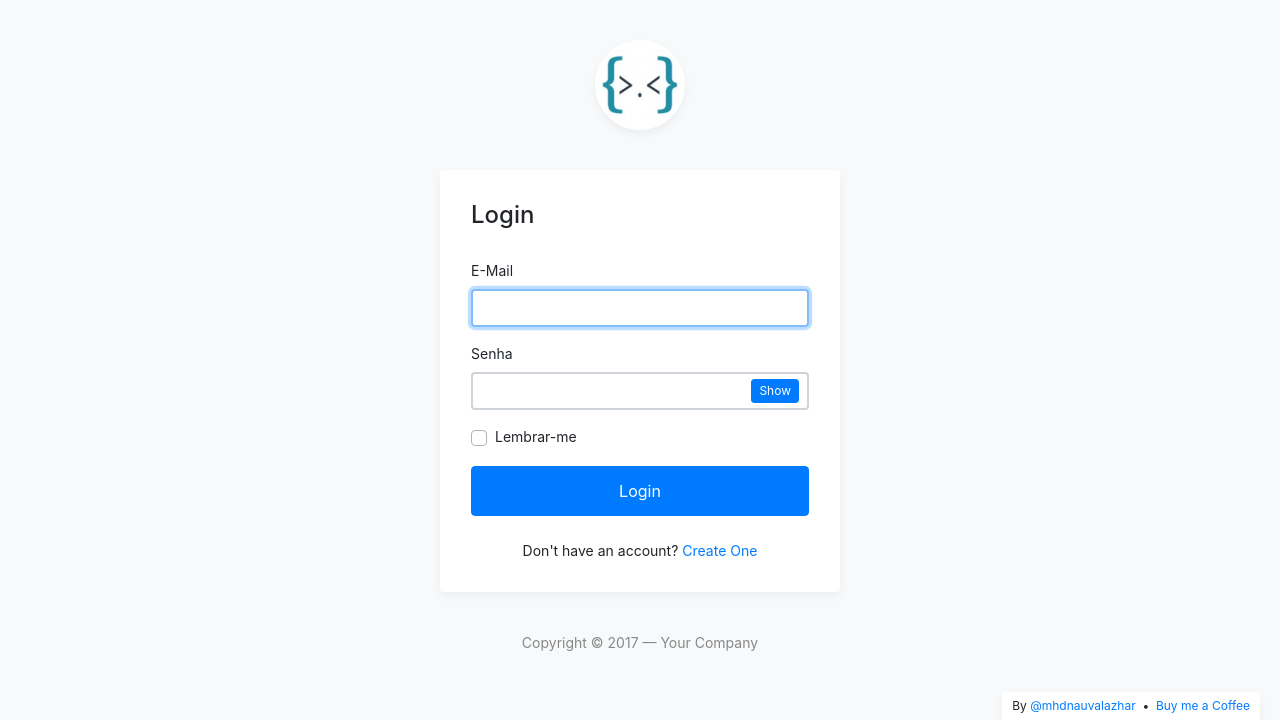
Repository: henrickrufino91/Departamento
Page: http://localhost/login
These files come from the project's save history. The page is drawn as it stood at one moment and after the next save; the edit follows.
The browser window is 1280 px wide. The pictures show the whole page.
The page is this project's Thymeleaf template; nobody is signed in. The template is opened directly, without the code that normally fills it, so the values that code supplies are empty.

Above is the page before, as saved 2024-06-24 01:33:15.

After the next save:
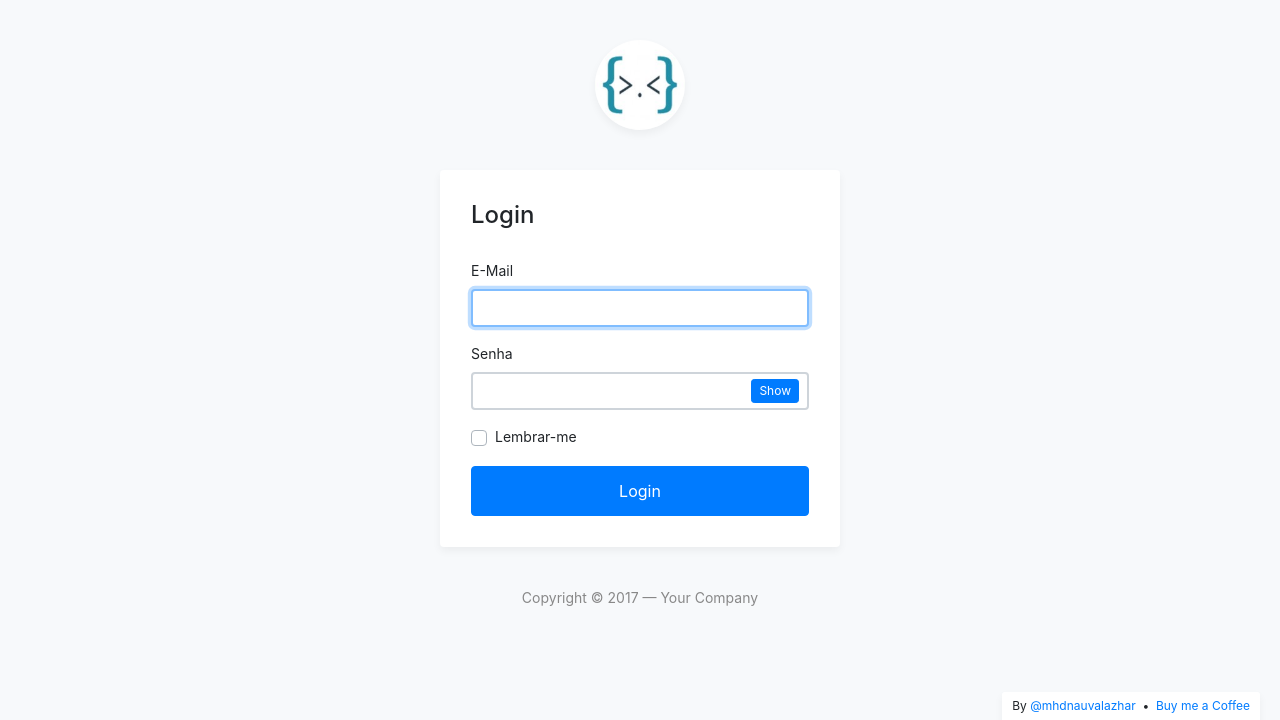
Saved 32 s later.
--- a/departamento/src/main/resources/templates/login.html
+++ b/departamento/src/main/resources/templates/login.html
@@ -51,9 +51,7 @@
 										Login
 									</button>
 								</div>
-								<div class="mt-4 text-center">
-									Don't have an account? <a href="register.html">Create One</a>
-								</div>
+
 							</form>
 						</div>
 					</div>
